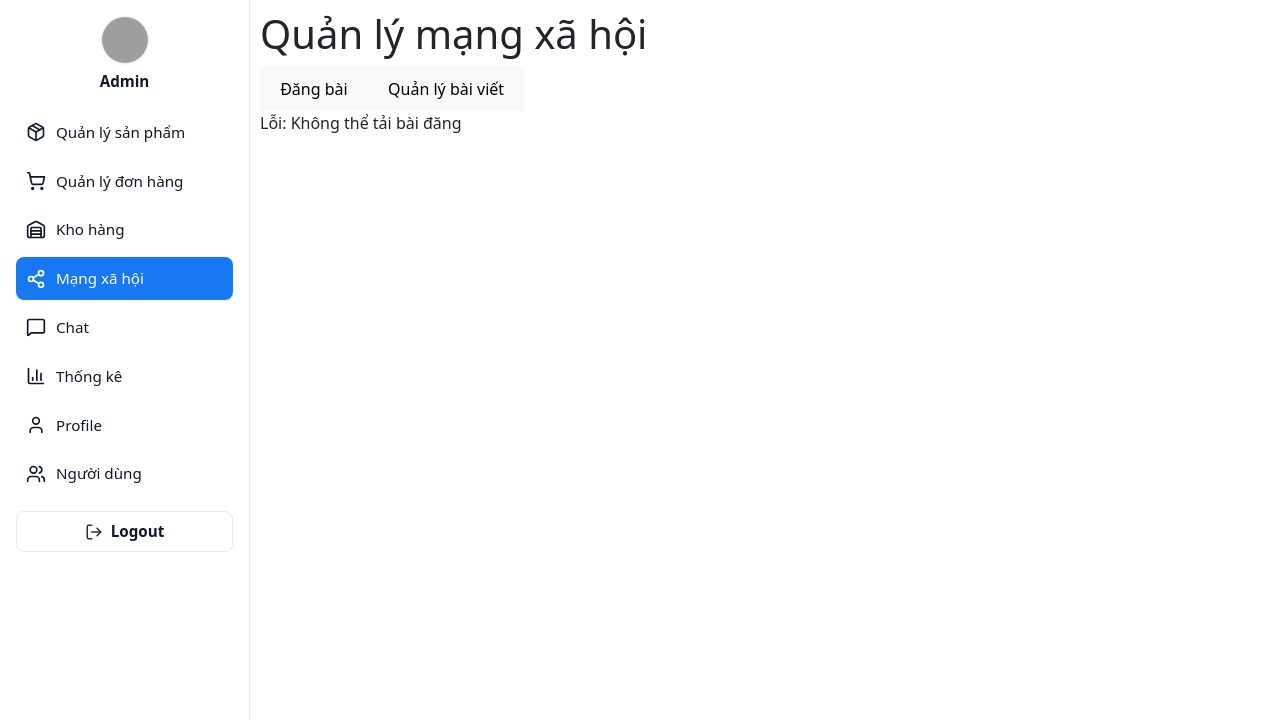
Repository: Thangvh29/WEB-tmdt
Page: /admin/social (app in frontend/)
These files come from the project's save history. The page is drawn as it stood at one moment and after the next save; the edit follows.
The browser window is 1280 px wide. The pictures show the whole page.
Pictures or frames that could not be fetched are drawn as grey boxes. The page's requests for data from a server got no answer. The project was rebuilt for these pictures with package versions that can differ from the ones it lists, and the page was loaded fresh each time. No one was signed in, and anything a server would have sent is missing. Also part of the build but not shown: frontend/vite.config.js, frontend/src/context/useAuth.js, frontend/src/pages/auth/Footer.jsx, frontend/src/assets/style/home.css, frontend/src/pages/auth/Home.jsx, frontend/src/pages/auth/Login.jsx, frontend/src/pages/auth/Register.jsx, frontend/src/pages/admin/Dashboard.jsx and 29 more.

Above is the page before, as saved 2025-08-25 20:36:07.

### frontend/index.html
<!DOCTYPE html>
<html lang="en">
<head>
  <meta charset="UTF-8" />
  <link rel="icon" type="image/svg+xml" href="/vite.svg" />
  <meta name="viewport" content="width=device-width, initial-scale=1.0" />
  <title>Future Tech Store</title>
  <link href="https://fonts.googleapis.com/css2?family=Poppins:wght@400;600;700&display=swap" rel="stylesheet" />
  <link href="https://cdn.jsdelivr.net/npm/bootstrap@5.3.3/dist/css/bootstrap.min.css" rel="stylesheet" integrity="sha384-QWTKZyjpPEjISv5WaRU9OFeRpok6YctnYmDr5pNlyT2bRjXh0JMhjY6hW+ALEwIH" crossorigin="anonymous" />
  <script src="https://cdnjs.cloudflare.com/ajax/libs/particles.js/2.0.0/particles.min.js"></script>
  <link rel="stylesheet" href="/src/index.css" />
</head>
<body>
  <div id="particles-js"></div>
  <div id="root"></div>
  <script src="https://cdn.jsdelivr.net/npm/bootstrap@5.3.3/dist/js/bootstrap.bundle.min.js" integrity="sha384-YvpcrYf0tY3lHB60NNkmXc5s9fDVZLESaAA55NDzOxhy9GkcIdslK1eN7N6jIeHz" crossorigin="anonymous"></script>
  <script>
    particlesJS('particles-js', {
      particles: {
        number: { value: 80, density: { enable: true, value_area: 800 } },
        color: { value: ['#00d4ff', '#7a5cff', '#ff007a'] },
        shape: { type: 'circle' },
        opacity: { value: 0.5, random: true },
        size: { value: 3, random: true },
        line_linked: { enable: true, distance: 150, color: '#ffffff', opacity: 0.2, width: 1 },
        move: { enable: true, speed: 2, direction: 'none', random: true }
      },
      interactivity: {
        detect_on: 'canvas',
        events: { onhover: { enable: true, mode: 'grab' }, onclick: { enable: true, mode: 'push' } },
        modes: { grab: { distance: 140, line_linked: { opacity: 0.5 } }, push: { particles_nb: 4 } }
      },
      retina_detect: true
    });
  </script>
  <script type="module" src="/src/main.jsx"></script>
</body>
</html>

### frontend/src/index.css
:root {
  font-family: system-ui, Avenir, Helvetica, Arial, sans-serif;
  line-height: 1.5;
  font-weight: 400;

  color-scheme: light dark;
  color: rgba(255, 255, 255, 0.87);
  background-color: #242424;

  font-synthesis: none;
  text-rendering: optimizeLegibility;
  -webkit-font-smoothing: antialiased;
  -moz-osx-font-smoothing: grayscale;
}

a {
  font-weight: 500;
  color: #646cff;
  text-decoration: inherit;
}
a:hover {
  color: #535bf2;
}

body {
  margin: 0;
  min-width: 320px;
  min-height: 100vh;
  font-family: system-ui, Avenir, Helvetica, Arial, sans-serif;
  background: #f0f2f5; /* nền xám nhạt giống Facebook */
  color: #1c1e21;
}
#particles-js {
  position: fixed;
  width: 100%;
  height: 100%;
  top: 0;
  left: 0;
  z-index: -1; /* đẩy nó xuống dưới background */
}


h1 {
  font-size: 3.2em;
  line-height: 1.1;
}

button {
  border-radius: 8px;
  border: 1px solid transparent;
  padding: 0.6em 1.2em;
  font-size: 1em;
  font-weight: 500;
  font-family: inherit;
  cursor: pointer;
  transition: border-color 0.25s;
}
button:hover {
  border-color: #646cff;
}
button:focus,
button:focus-visible {
  outline: 4px auto -webkit-focus-ring-color;
}

@media (prefers-color-scheme: light) {
  :root {
    color: #213547;
    background-color: #ffffff;
  }
  a:hover {
    color: #747bff;
  }
  button {
    background-color: #f9f9f9;
  }
}
/* Sidebar small avatar (~48px) */
.sidebar-avatar-wrapper {
  width: 48px;
  height: 48px;
  border-radius: 50%;
  overflow: hidden;
  display: inline-block;
  border: 1px solid rgba(0,0,0,0.06);
  box-shadow: 0 1px 3px rgba(0,0,0,0.08);
}
.sidebar-avatar-img {
  width: 100%;
  height: 100%;
  object-fit: cover ;
  border-radius: 50%;
  display: block;
}

/* Profile page avatar (~112px) */
.profile-avatar-display {
  width: 112px;  /* tương đương w-28 */
  height: 112px;
  border-radius: 50%;
  overflow: hidden;
  display: inline-block;
  border: 2px solid #e5e7eb; /* subtle border */
  box-shadow: 0 2px 6px rgba(16,24,40,0.04);
  background-color: #f3f4f6;
  cursor: pointer;
}
.profile-avatar-img {
  width: 100% !important;
  height: 100% !important;
  object-fit: cover !important;
  border-radius: 50% !important;
  display: block;
}

/* Reset possible global rules */
.sidebar-avatar-wrapper img,
.profile-avatar-display img {
  max-width: none !important;
  max-height: none !important;
}

/* Responsive: scale down profile avatar on small screens */
@media (max-width: 640px) {
  .profile-avatar-display {
    width: 80px;
    height: 80px;
  }
}

### frontend/src/main.jsx
import React from "react";
import ReactDOM from "react-dom/client";
import App from "./App";
import "bootstrap/dist/css/bootstrap.min.css";
import "bootstrap/dist/js/bootstrap.bundle.min.js";
import "./index.css";
import AuthProvider from "./context/AuthProvider";
import "./index.css";

ReactDOM.createRoot(document.getElementById("root")).render(
  <React.StrictMode>
    <AuthProvider>
      <App />
    </AuthProvider>
  </React.StrictMode>
);

### frontend/src/App.jsx
import { BrowserRouter as Router, Routes, Route } from "react-router-dom";
import Home from "./pages/auth/Home";
import Login from "./pages/auth/Login";
import Register from "./pages/auth/Register";
import SidebarAdmin from "./pages/admin/SidebarAdmin";
import Dashboard from "./pages/admin/Dashboard";
import UserManagement from "./pages/admin/UserManagement";
import AdminProfile from "./pages/admin/AdminProfile";
import ProductsPage from "./pages/admin/ProductsPage";
import ProductAddPage from "./pages/admin/ProductAddPage";
import ProductAddOldPage from "./pages/admin/ProductAddOldPage";
import ProductListPage from "./pages/admin/ProductListPage";
import ProductOldListPage from "./pages/admin/ProductOldListPage";
import InventoryPage from "./pages/admin/InventoryPage";
import SocialManagementPage from "./pages/admin/SocialManagementPage";
import SidebarUser from "./pages/user/SidebarUser";

import { GoogleOAuthProvider } from "@react-oauth/google";

// Dummy pages cho các trang chưa triển khai
const DummyPage = ({ title }) => <h2>{title}</h2>;

function App() {
  return (
    <GoogleOAuthProvider clientId="YOUR_GOOGLE_CLIENT_ID">
      <Router>
        <Routes>
          {/* Auth */}
          <Route path="/" element={<Home />} />
          <Route path="/home" element={<Home />} />
          <Route path="/login" element={<Login />} />
          <Route path="/register" element={<Register />} />

          {/* User layout + nested routes */}
          <Route path="/user" element={<SidebarUser />}>
            <Route path="home" element={<DummyPage title="User Home" />} />
            <Route path="products" element={<DummyPage title="User Products" />} />
            <Route path="cart" element={<DummyPage title="User Cart" />} />
            <Route path="payment" element={<DummyPage title="Thanh toán online" />} />
            <Route path="posts" element={<DummyPage title="Bài viết" />} />
            <Route path="orders" element={<DummyPage title="Theo dõi đơn hàng" />} />
            <Route path="messages" element={<DummyPage title="Tin nhắn" />} />
            <Route path="profile" element={<DummyPage title="Quản lý profile" />} />
          </Route>

          {/* Admin layout + nested routes */}
          <Route path="/admin" element={<SidebarAdmin />}>
            <Route path="products" element={<ProductsPage />}>
              <Route index element={<ProductListPage />} /> {/* Mặc định là danh sách sản phẩm */}
              <Route path="list" element={<ProductListPage />} />
              <Route path="add" element={<ProductAddPage />} />
              <Route path="old" element={<ProductOldListPage />} />
              <Route path="add-old" element={<ProductAddOldPage />} /> {/* Thêm sản phẩm cũ */}
            </Route>
            <Route path="orders" element={<DummyPage title="Quản lý đơn hàng" />} />
            <Route path="warehouse" element={<InventoryPage title="Quản lý kho hàng" />} />
            <Route path="social" element={<SocialManagementPage title="Quản lý mạng xã hội" />} />
            <Route path="chat" element={<DummyPage title="Chat" />} />
            <Route path="stats" element={<Dashboard />} />
            <Route path="profile" element={<AdminProfile />} />
            <Route path="users" element={<UserManagement title="Quản lý người dùng" />} />
          </Route>
        </Routes>
      </Router>
    </GoogleOAuthProvider>
  );
}

export default App;

### frontend/src/context/AuthProvider.jsx
import { useState } from "react";
import AuthContext from "./AuthContext";

const AuthProvider = ({ children }) => {
  const [user, setUser] = useState(null);

  const login = (userData) => {
    setUser(userData);
    localStorage.setItem("user", JSON.stringify(userData));
  };

  const logout = () => {
    setUser(null);
    localStorage.removeItem("user");
  };

  return (
    <AuthContext.Provider value={{ user, login, logout }}>
      {children}
    </AuthContext.Provider>
  );
};

export default AuthProvider;

### frontend/src/pages/admin/SocialManagementPage.jsx
// src/pages/admin/SocialManagementPage.jsx
import { useState } from "react";
import * as Tabs from "@radix-ui/react-tabs";
import AdminPostsPage from "./AdminPostsPage";
import UserPostsManagementPage from "./UserPostsManagementPage";
import "../../assets/style/social-admin.css";
import "../../assets/style/admin-products.css";   // để ăn style .tabs .tab như trang sản phẩm
import "../../assets/style/product-list.css";     // dùng grid/card giống trang sản phẩm
import "../../assets/style/inventory-admin.css";  // file của bạn (nếu có)

const SocialManagementPage = () => {
  const [activeTab, setActiveTab] = useState("admin-posts");

  return (
    <div className="social-management-page space-y-4">
      <h1 className="text-2xl font-semibold">Quản lý mạng xã hội</h1>
      <Tabs.Root value={activeTab} onValueChange={setActiveTab}>
        <Tabs.List className="social-tabs-list">
          <Tabs.Trigger value="admin-posts">Đăng bài</Tabs.Trigger>
          <Tabs.Trigger value="user-posts">Quản lý bài viết</Tabs.Trigger>
        </Tabs.List>
        <Tabs.Content value="admin-posts">
          <AdminPostsPage />
        </Tabs.Content>
        <Tabs.Content value="user-posts">
          <UserPostsManagementPage />
        </Tabs.Content>
      </Tabs.Root>
    </div>
  );
};

export default SocialManagementPage;

### frontend/src/assets/style/product-list.css
/* product-list.css hoặc custom-fix.css */
.sidebar-admin {
  display: flex;
  width: 100vw !important; /* Full viewport width */
  min-height: 100vh;
  margin: 0;
}

.sidebar-admin__aside {
  width: 250px; /* Giữ sidebar fixed */
  min-width: 250px;
  padding: 16px;
  box-sizing: border-box;
}

.sidebar-admin__content {
  flex: 1;
  width: auto !important; /* Override width cố định */
  max-width: none !important; /* Xóa max-width từ Bootstrap nếu có */
  padding: 10px !important; /* Giảm padding để full hơn, thay vì 20px 24px */
  box-sizing: border-box;
  overflow-x: hidden;
}

.products-page, .product-list-page, .product-old-list-page {
  width: 100% !important;
  max-width: none !important;
  margin: 0 !important;
  padding: 0 10px !important; /* Giảm padding, chỉ giữ 10px trái/phải */
}

.product-grid {
  width: 100% !important;
  max-width: none !important;
  margin: 0 !important;
  padding: 0 !important;
  display: grid;
  grid-template-columns: repeat(auto-fill, minmax(220px, 1fr));
  gap: 20px;
}
/* src/assets/style/product-list.css */
.sidebar-admin__content {
  width: 100% !important;
  max-width: none !important;
  padding: 10px !important; /* Giảm padding */
}

.products-page, .product-list-page, .product-old-list-page {
  width: 100% !important;
  max-width: none !important;
  margin: 0 !important;
  padding: 0 10px !important; /* Giảm padding */
}

.product-grid {
  width: 100% !important;
  max-width: none !important;
  margin: 0 !important;
  padding: 0 !important;
  display: grid;
  grid-template-columns: repeat(auto-fill, minmax(220px, 1fr));
  gap: 20px;
}
.edit-icon {
  cursor: pointer;
  color: #007bff;
  transition: color 0.2s;
}

.edit-icon:hover {
  color: #0056b3;
}

### frontend/src/assets/style/inventory-admin.css
:root {
  --primary-color: #007bff;
  --primary-color-hover: #0056b3;
  --text-color: #333;
  --text-muted: #555;
  --border-color: #ddd;
  --bg-card: #fff;
}

/* Container page */
.inventory-page {
  padding: 20px;
}

.inventory-page h3 {
  margin-bottom: 20px;
  font-size: 1.5rem;
  color: var(--text-color);
}

/* Grid sản phẩm */
.inventory-page .product-grid {
  display: grid;
  grid-template-columns: repeat(auto-fill, minmax(220px, 1fr));
  gap: 15px;
}

/* Card sản phẩm */
.inventory-page .product-card {
  border: 1px solid var(--border-color);
  border-radius: 8px;
  background: var(--bg-card);
  text-align: center;
  display: flex;
  flex-direction: column;
  justify-content: space-between;
  min-height: 320px;
  box-shadow: 0 2px 8px rgba(0, 0, 0, 0.05);
  transition: transform 0.2s, box-shadow 0.2s;
  padding: 10px;
}

.inventory-page .product-card:hover {
  transform: translateY(-3px);
  box-shadow: 0 6px 16px rgba(0, 0, 0, 0.12);
}

/* Ảnh sản phẩm */
.inventory-page .product-card img {
  width: 100%;
  height: 150px;
  object-fit: cover;
  border-radius: 5px 5px 0 0;
  margin-bottom: 10px;
}

/* Tên và thông tin */
.inventory-page .product-card h4 {
  font-size: 1rem;
  margin-bottom: 5px;
  min-height: 2.5rem;
  color: var(--text-color);
}

.inventory-page .product-card p {
  font-size: 0.9rem;
  margin: 2px 0;
  color: var(--text-muted);
}

/* Input số lượng */
.inventory-page .product-card input[type="number"] {
  width: 60px;
  padding: 4px 6px;
  margin-right: 5px;
  border-radius: 4px;
  border: 1px solid #ccc;
}

/* Nút cập nhật */
.inventory-page .product-card button {
  background-color: var(--primary-color);
  color: #fff;
  border: none;
  padding: 5px 10px;
  border-radius: 4px;
  cursor: pointer;
  transition: background 0.2s;
}

.inventory-page .product-card button:hover {
  background-color: var(--primary-color-hover);
}

/* Biến thể */
.inventory-page .variant-section {
  margin-top: 10px;
  text-align: left;
}

.inventory-page .variant-item {
  display: flex;
  justify-content: space-between;
  align-items: center;
  margin-bottom: 5px;
}

.inventory-page .variant-item span {
  font-size: 0.85rem;
  color: var(--text-muted);
}

### frontend/src/pages/admin/AdminPostsPage.jsx
// src/pages/admin/AdminPostsPage.jsx
import { useState, useEffect } from "react";
import api from "../../services/axios";
import PostCard from "../../components/admin/Post/PostCard";
import CreatePostForm from "../../components/admin/Post/CreatePostForm";
import "../../assets/style/posts-admin.css";

const AdminPostsPage = () => {
  const [posts, setPosts] = useState([]);
  const [loading, setLoading] = useState(true);
  const [error, setError] = useState(null);
  const [showCreateForm, setShowCreateForm] = useState(false);

  useEffect(() => {
    const fetchAdminPosts = async () => {
      try {
        const { data } = await api.get("/admin/posts/feed", {
          params: { page: 1, limit: 20, authorRole: "admin" },
        });
        const adminPosts = data.posts?.filter(
          (p) => p.author?.role === "admin"
        );
        setPosts(adminPosts || []);
        setLoading(false);
      } catch {
        setError("Không thể tải bài đăng");
        setLoading(false);
      }
    };
    fetchAdminPosts();
  }, []);

  const handlePostCreated = (newPost) => {
    setPosts([newPost, ...posts]);
    setShowCreateForm(false);
  };

  const handlePostUpdated = (updatedPost) => {
    setPosts(posts.map((p) => (p._id === updatedPost._id ? updatedPost : p)));
  };

  const handlePostDeleted = (postId) => {
    setPosts(posts.filter((p) => p._id !== postId));
  };

  if (loading) return <p>Đang tải bài viết...</p>;
  if (error) return <p className="text-red-600">Lỗi: {error}</p>;

  return (
    <div className="admin-posts-page">
      {/* Header */}
      <div className="posts-header">
        <h2>Bài đăng của Admin</h2>
        <button
          className="btn-create"
          onClick={() => setShowCreateForm(!showCreateForm)}
        >
          {showCreateForm ? "Ẩn form" : "Tạo bài đăng mới"}
        </button>
      </div>

      {/* Form tạo bài đăng */}
      {showCreateForm && (
        <div className="create-post-card">
          <CreatePostForm onPostCreated={handlePostCreated} />
        </div>
      )}

      {/* Feed */}
      <div className="posts-feed">
        {posts.length === 0 ? (
          <p className="text-gray">Chưa có bài viết nào</p>
        ) : (
          posts.map((post) => (
            <PostCard
              key={post._id}
              post={post}
              isAdminPost={true}
              onUpdated={handlePostUpdated}
              onDeleted={handlePostDeleted}
            />
          ))
        )}
      </div>
    </div>
  );
};

export default AdminPostsPage;

### frontend/src/assets/style/posts-admin.css
/* src/assets/style/posts-admin.css */

.admin-posts-page {
  max-width: 700px;
  margin: 0 auto;
  padding: 20px;
  font-family: Arial, sans-serif;
}

/* Header */
.posts-header {
  display: flex;
  justify-content: space-between;
  align-items: center;
  margin-bottom: 15px;
}

.posts-header h2 {
  font-size: 1.5rem;
  font-weight: 600;
}

.btn-create {
  background: #1877f2;
  color: #fff;
  font-weight: 500;
  padding: 8px 16px;
  border-radius: 6px;
  border: none;
  cursor: pointer;
  transition: background 0.2s;
}
.btn-create:hover {
  background: #145dbf;
}

/* Card tạo bài viết */
.create-post-card {
  background: #fff;
  border: 1px solid #ddd;
  border-radius: 10px;
  padding: 15px;
  margin-bottom: 20px;
  box-shadow: 0 2px 5px rgba(0,0,0,0.08);
}

/* Feed */
.posts-feed {
  display: flex;
  flex-direction: column;
  gap: 20px;
}

/* Post Card (áp dụng chung nếu PostCard chưa có style) */
.post-card {
  background: #fff;
  border: 1px solid #ddd;
  border-radius: 10px;
  padding: 15px;
  box-shadow: 0 2px 5px rgba(0,0,0,0.08);
}

.post-card-header {
  display: flex;
  align-items: center;
  margin-bottom: 10px;
}

.post-card-header img.avatar {
  width: 40px;
  height: 40px;
  border-radius: 50%;
  margin-right: 10px;
}

.post-card-header .author-info {
  display: flex;
  flex-direction: column;
}

.post-card-header .author-info .name {
  font-weight: 600;
  font-size: 0.95rem;
}

.post-card-header .author-info .time {
  font-size: 0.8rem;
  color: #65676b;
}

/* Nội dung */
.post-card-content {
  font-size: 1rem;
  margin-bottom: 10px;
}

/* Ảnh */
.post-card img.post-image {
  width: 100%;
  border-radius: 8px;
  margin-top: 8px;
  max-height: 400px;
  object-fit: cover;
}

/* Footer actions */
.post-card-footer {
  display: flex;
  justify-content: space-around;
  margin-top: 10px;
  border-top: 1px solid #ddd;
  padding-top: 8px;
}

.post-card-footer button {
  flex: 1;
  text-align: center;
  background: transparent;
  border: none;
  padding: 6px 0;
  cursor: pointer;
  font-weight: 500;
  color: #65676b;
  transition: background 0.2s;
}

.post-card-footer button:hover {
  background: #f0f2f5;
  border-radius: 6px;
  color: #1877f2;
}
/* Post card layout */
.post-card {
  background: #fff;
  border: 1px solid #ddd;
  border-radius: 10px;
  padding: 15px;
  box-shadow: 0 2px 5px rgba(0,0,0,0.08);
}

.post-card-header {
  display: flex;
  justify-content: space-between;
  align-items: center;
}

.author-section {
  display: flex;
  align-items: center;
  gap: 10px;
}

.avatar {
  width: 40px;
  height: 40px;
  border-radius: 50%;
  object-fit: cover;
}

.author-info {
  display: flex;
  flex-direction: column;
}

.author-info .name {
  font-weight: 600;
  font-size: 0.95rem;
}

.author-info .time {
  font-size: 0.8rem;
  color: #65676b;
}

/* Menu */
.menu-btn {
  background: transparent;
  border: none;
  cursor: pointer;
}

.menu-dropdown {
  position: absolute;
  right: 0;
  top: 30px;
  background: #fff;
  border: 1px solid #ddd;
  border-radius: 8px;
  box-shadow: 0 2px 6px rgba(0,0,0,0.15);
  display: flex;
  flex-direction: column;
  min-width: 150px;
  z-index: 10;
}

.menu-dropdown button {
  padding: 8px 12px;
  text-align: left;
  background: transparent;
  border: none;
  cursor: pointer;
  font-size: 0.9rem;
  display: flex;
  align-items: center;
  gap: 6px;
}

.menu-dropdown button:hover {
  background: #f0f2f5;
}

/* Content */
.post-content {
  margin: 10px 0;
  font-size: 1rem;
}

/* Images */
.post-images.single img {
  width: 100%;
  border-radius: 8px;
  max-height: 500px;
  object-fit: cover;
}

.post-images.grid {
  display: grid;
  grid-template-columns: 1fr 1fr;
  gap: 6px;
}

.post-images.grid img {
  width: 100%;
  border-radius: 8px;
  max-height: 300px;
  object-fit: cover;
}

/* Stats & Actions */
.post-stats {
  display: flex;
  justify-content: space-between;
  font-size: 0.9rem;
  color: #65676b;
  margin-top: 6px;
}

.post-actions {
  display: flex;
  justify-content: space-around;
  border-top: 1px solid #ddd;
  margin-top: 8px;
  padding-top: 6px;
}

.post-actions button {
  flex: 1;
  background: transparent;
  border: none;
  padding: 8px;
  cursor: pointer;
  font-weight: 500;
  color: #65676b;
  display: flex;
  align-items: center;
  justify-content: center;
  gap: 6px;
  transition: background 0.2s;
}

.post-actions button:hover {
  background: #f0f2f5;
  border-radius: 6px;
  color: #1877f2;
}

/* Comments */
.comments-section {
  margin-top: 10px;
  border-top: 1px solid #eee;
  padding-top: 10px;
}
/* Create Post Form */
.create-post-form {
  background: #fff;
  border: 1px solid #ddd;
  border-radius: 10px;
  padding: 12px;
  margin-bottom: 15px;
  display: flex;
  flex-direction: column;
  gap: 10px;
}

.create-post-form .title-input {
  border: none;
  border-bottom: 1px solid #eee;
  padding: 8px;
  font-size: 0.95rem;
  outline: none;
}

.create-post-form .content-input {
  border: none;
  resize: none;
  padding: 8px;
  font-size: 1rem;
  outline: none;
  min-height: 50px;
  line-height: 1.4;
}

.create-post-form .file-input {
  font-size: 0.9rem;
  color: #555;
}

.preview-grid {
  display: grid;
  gap: 6px;
  margin-top: 5px;
}

.preview-grid.single {
  grid-template-columns: 1fr;
}

.preview-grid.multi {
  grid-template-columns: 1fr 1fr;
}

.preview-grid img {
  width: 100%;
  border-radius: 8px;
  max-height: 300px;
  object-fit: cover;
}

.submit-btn {
  background: #1877f2;
  color: #fff;
  border: none;
  padding: 10px;
  border-radius: 6px;
  font-weight: 600;
  cursor: pointer;
  transition: background 0.2s;
}

.submit-btn:hover {
  background: #166fe5;
}

Loaded but not shown: frontend/src/context/AuthContext.jsx (common file); frontend/src/services/axios.js (49 lines, source omitted); frontend/src/assets/style/sidebar-admin.css (186 lines, source omitted); frontend/src/pages/admin/SidebarAdmin.jsx (106 lines, source omitted)

After the next save:
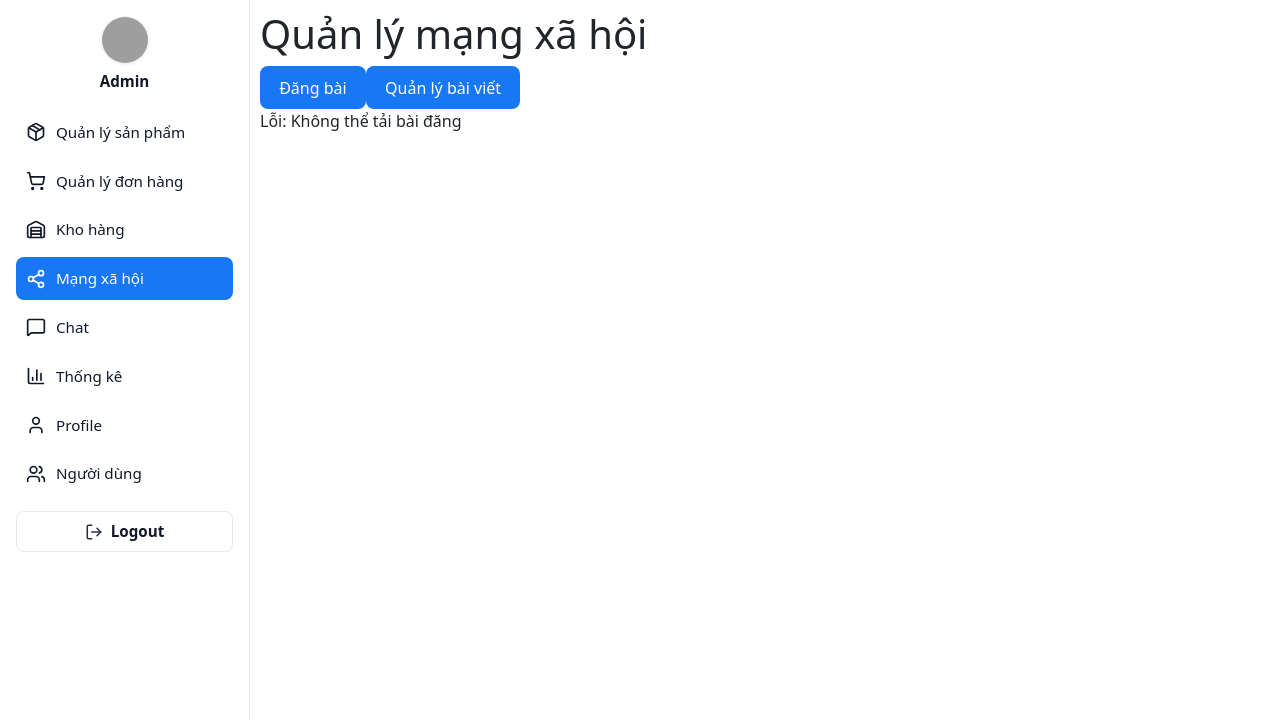
Saved 23 s later.
--- a/frontend/src/assets/style/posts-admin.css
+++ b/frontend/src/assets/style/posts-admin.css
@@ -1,10 +1,16 @@
 /* src/assets/style/posts-admin.css */
 
-.admin-posts-page {
-  max-width: 700px;
-  margin: 0 auto;
-  padding: 20px;
-  font-family: Arial, sans-serif;
+.admin-posts-page button,
+.user-posts-management-page button,
+.social-management-page button {
+  background-color: #1877f2;
+  color: #fff;
+  border: none;
+  padding: 0.6em 1.2em;
+  border-radius: 8px;
+  font-weight: 500;
+  cursor: pointer;
+  transition: background-color 0.2s;
 }
 
 /* Header */
